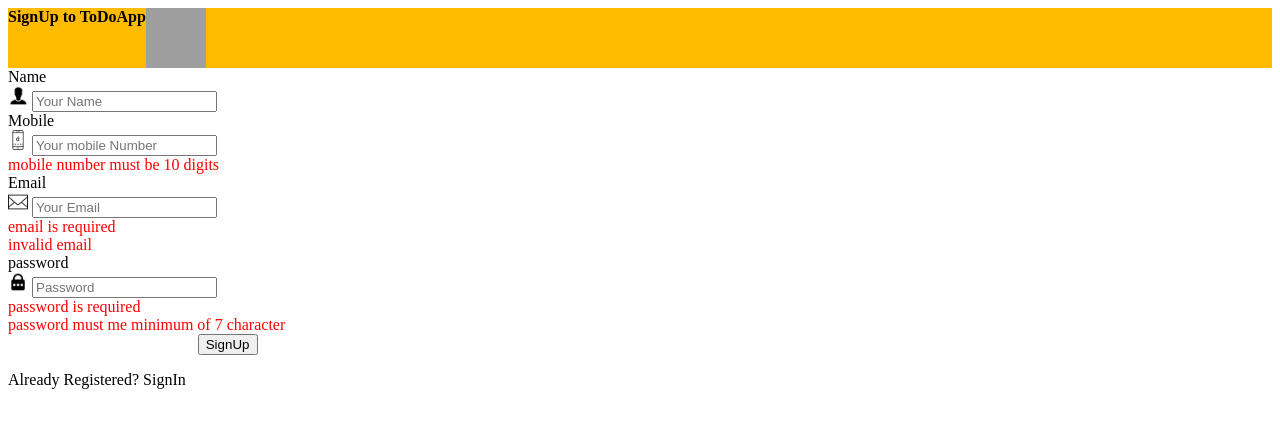
Repository: iamvinayhv/ToDoApp.
Page: toDoApp_2017/src/main/webapp/template/signUp.html
These files come from the project's save history. The page is drawn as it stood at one moment and after a run of saves; the edit follows.
The browser window is 1280 px wide. The pictures show the whole page.
Pictures or frames that could not be fetched are drawn as grey boxes.

Above is the page before, as saved 2017-06-22 07:08:53.

After the next 2 saves:
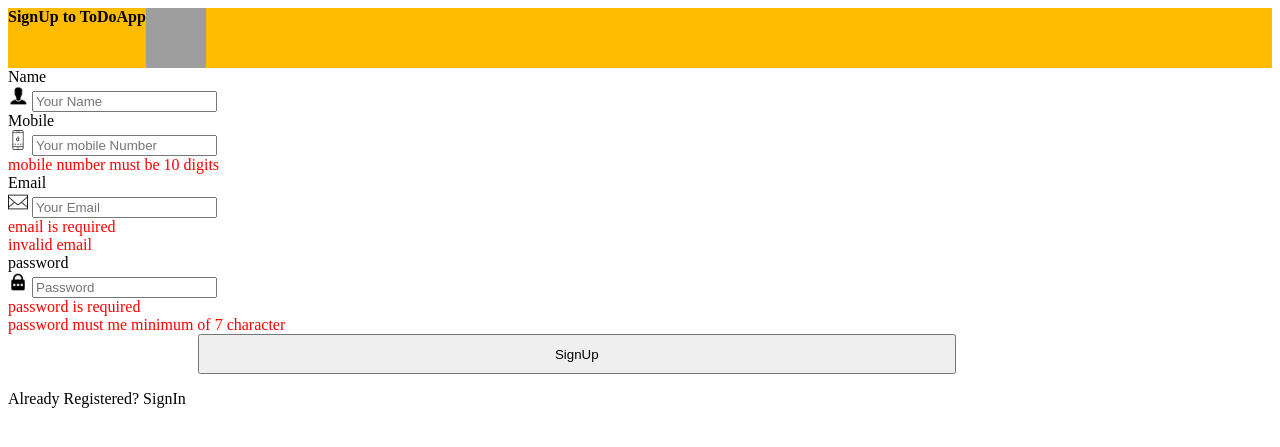
The 2 saves are shown as one change because they came seconds apart.
The last was saved 5 s later.
--- a/toDoApp_2017/src/main/webapp/template/signUp.html
+++ b/toDoApp_2017/src/main/webapp/template/signUp.html
@@ -92,7 +92,7 @@
 
 						<span style="color: red" class="error_form" id="password_error_msg"></span>
 
-						<div><button class="btn btn-success" type="button" data-ng-click="signUp()" style="width: 30%;margin-left: 15%;width: 60">SignUp</button></div>
+						<div><button class="btn btn-success" type="button" data-ng-click="signUp()" style="width: 30%;margin-left: 15%;width: 60%;height: 40px;">SignUp</button></div>
 
 					</form>
 
